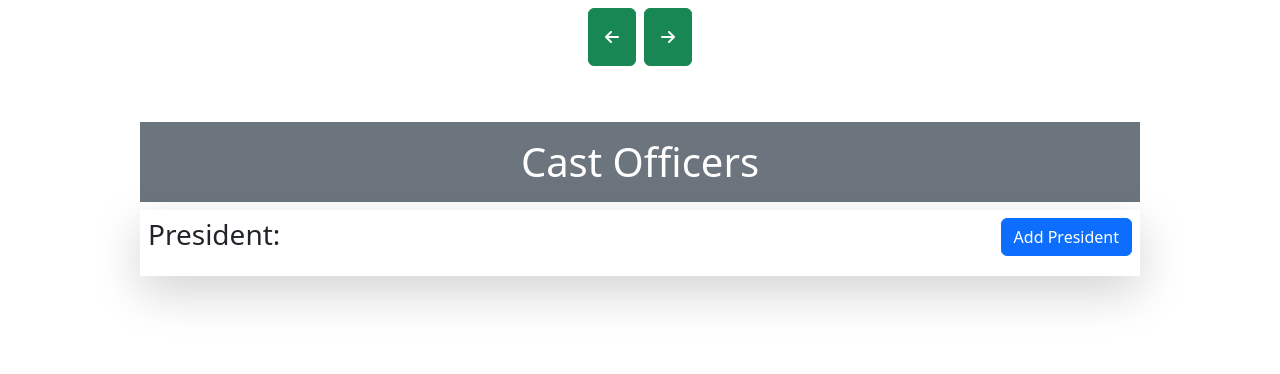
Repository: FRANZSAIJEM/livewire
Page: /second
These files come from the project's save history. The page is drawn as it stood at one moment and after a run of saves; the edit follows.
The browser window is 1280 px wide. The pictures show the whole page.
The page's requests for data from a server got no answer. Some web libraries are served in a nearby version. The project was rebuilt for these pictures with package versions that can differ from the ones it lists, and the page was loaded fresh each time. No one was signed in, and anything a server would have sent is missing. Also part of the build but not shown: vite.config.ts.

Above is the page before, as saved 2023-02-18 08:05:55.

### index.html
<!DOCTYPE html>
<html lang="en">
  <head>
    <meta charset="UTF-8">
    <link rel="icon" href="/favicon.ico">
    <meta name="viewport" content="width=device-width, initial-scale=1.0">
    <link href="https://cdn.jsdelivr.net/npm/bootstrap@5.0.2/dist/css/bootstrap.min.css" rel="stylesheet" integrity="sha384-EVSTQN3/azprG1Anm3QDgpJLIm9Nao0Yz1ztcQTwFspd3yD65VohhpuuCOmLASjC" crossorigin="anonymous">
    <link rel="stylesheet" href="https://cdnjs.cloudflare.com/ajax/libs/font-awesome/6.3.0/css/all.min.css" integrity="sha512-SzlrxWUlpfuzQ+pcUCosxcglQRNAq/DZjVsC0lE40xsADsfeQoEypE+enwcOiGjk/bSuGGKHEyjSoQ1zVisanQ==" crossorigin="anonymous" referrerpolicy="no-referrer" />
    <title>Vite App</title>
  </head>
  <body class="bg-white">
    <div id="app"></div>
    <script type="module" src="/src/main.ts"></script>
  </body>
</html>

### src/main.ts
import { createApp } from "vue";
import { createPinia } from "pinia";

import App from "./App.vue";
import router from "./router";
import "bootstrap/dist/css/bootstrap.min.css"
import bootstrap from "bootstrap/dist/js/bootstrap.bundle.js"

import "./assets/main.css";

const app = createApp(App);

app.use(createPinia());
app.use(router);

app.mount("#app");

### src/App.vue
<script setup>
import { RouterLink, RouterView } from 'vue-router'
</script>

<template>


<RouterView />
</template>

<style scoped>
#navbar {
  background-color: 	#4682B4 !important;
}
</style>

### src/router/index.js
import { createRouter, createWebHistory } from "vue-router";


const router = createRouter({
  history: createWebHistory(import.meta.env.BASE_URL),
  routes: [
    {
      path: '/',
      name: 'home',
      component: () => import('../views/HomeView.vue')
    },

    {
      path: '/second',
      name: 'secondPage',
      component: () => import('../views/SecondPageView.vue')
    },
    {
      path: "/edit/:id",
      name: "edit",
      component: () => import('../views/EditView.vue'),
      props: true
    },

  ],
});

export default router;

### src/views/SecondPageView.vue
<template>
    <div class="body">
      <div class="d-inline-flex m-1">

        <RouterLink to="/" class="btn btn-success m-1 p-3"> <i class="fa fa-arrow-left"></i> </RouterLink>
        <RouterLink to="/second" class="btn btn-success m-1 p-3"> <i class=" fa fa-arrow-right"></i> </RouterLink>

      </div>

      <div class="content mt-5">



        <h1 class="bg-secondary p-3 text-center text-white">Cast Officers</h1>

          <form action="">
            <div class="input-group mb-5 shadow-lg">
            <!-- <input v-model="newNameInput" type="text" name="" id="" class="form-control p-2" placeholder="Name" required>

              <select v-model="newYearInput" name="" id="" class="form-select" required>
                <option value="BSIT - 1">BSIT - 1</option>
                <option value="BSIT - 2">BSIT - 2</option>
                <option value="BSIT - 3">BSIT - 3</option>
                <option value="BSIT - 4">BSIT - 4</option>
              </select>


              <select v-model="newAttendanceInput" name="" id="" class="form-select" typeof="text" required>
                <option value="Present">Present</option>
                <option value="Absent">Absent</option>
                <option value="Late">Late</option>
              </select>

              <button @click="addAttendance()" class="btn btn-success"><i class="fa fa-person"></i> Add</button> -->

            <div class="float-start">
              <label for="" class="form-label p-2">
              <h3>President:</h3>
            </label>
            </div>

            <div class="ms-lg-auto m-2">
              <button class="btn btn-primary">Add President</button>
            </div>

            </div>
          </form>



      <div v-for="attendance in attendances" :key="attendance.attendances" class="text-center">
        <div class="card-body">
          <div class="row">
            <table class="table table-striped table-bordered shadow-sm">
              <thead>
                <tr class="bg-secondary text-white">
                  <th>
                   Name
                  </th>
                  <th>
                   Year
                  </th>
                  <th>
                   Attendance
                  </th>
                  <th>
                   Action
                  </th>
                </tr>
              </thead>
              <tbody>
                <tr>
                  <td>
                    {{ attendance.name }}
                  </td>
                  <td>
                    {{ attendance.year }}
                  </td>
                  <td>
                    {{ attendance.attendance }}
                  </td>
                  <td>

                    <RouterLink :to="{ name: 'edit', params: { id: attendance.id }}" class="text-secondary" id="edit">
                        <button class="btn btn-success"><i class="fa fa-edit"></i> Edit</button>
                      </RouterLink>

                      <button class="btn btn-danger m-2 edit-button" data-bs-toggle="modal" data-bs-target="#exampleModal"> <i class="fa fa-remove"></i> Delete</button>

                  </td>
                </tr>
              </tbody>

            </table>

          </div>

        </div>

        <div class="modal fade" id="exampleModal" tabindex="-1" aria-labelledby="exampleModalLabel" aria-hidden="true">
                <div class="modal-dialog">
                  <div class="modal-content">
                    <div class="modal-header">
                      <h1 class="modal-title fs-5" id="exampleModalLabel">Delete Student</h1>
                      <button type="button" class="btn-close" data-bs-dismiss="modal" aria-label="Close"></button>
                    </div>
                    <div class="modal-body">
                      <h1>Are you sure you want to delete this student?</h1>
                    </div>
                    <div class="modal-footer">
                      <button type="button" class="btn btn-warning" data-bs-dismiss="modal"> <i class="fa fa-cancel"></i> Cancel</button>
                      <button @click="removeAttendance(attendance.id)" class="btn btn-danger m-2" data-bs-dismiss="modal"> <i class="fa fa-remove"></i> Yes</button>
                    </div>
                  </div>
                </div>
              </div>


              <div class="modal fade" id="editModal" tabindex="-1" aria-labelledby="editModalLabel" aria-hidden="true">
                <div class="modal-dialog">
                  <div class="modal-content">
                    <div class="modal-header">
                      <h1 class="modal-title fs-5" id="editModalLabel">Delete Student</h1>
                      <button type="button" class="btn-close" data-bs-dismiss="modal" aria-label="Close"></button>
                    </div>
                    <div class="modal-body">
                      <form>
                          <div class="mb-3">
                          <label for="name" class="col-form-label">Name: </label>
                          <input v-model="newNameInput" type="text" name="" id="" class="form-control p-2" placeholder="Name">
                          </div>


                          <div class="mb-3">
                          <label for="year" class="col-form-label">Year: </label>
                          <select v-model="newYearInput" name="" id="year" class="form-select">
                          <option value="BSIT - 1">BSIT - 1</option>
                          <option value="BSIT - 2">BSIT - 2</option>
                          <option value="BSIT - 3">BSIT - 3</option>
                          <option value="BSIT - 4">BSIT - 4</option>
                          </select>
                          </div>

                          <div class="mb-3">
                          <label for="attendance" class="col-form-label">Attendance: </label>
                          <select v-model="newAttendanceInput" name="" id="attendance" class="form-select" typeof="text">
                          <option value="Present">Present</option>
                          <option value="Absent">Absent</option>
                          <option value="Late">Late</option>
                          </select>
                      </div>

                      </form>
                    </div>
                    <div class="modal-footer">
                      <button type="button" class="btn btn-warning" data-bs-dismiss="modal"> <i class="fa fa-cancel"></i> Cancel</button>
                      <button @click="updateTask()" class="btn btn-danger m-2" data-bs-dismiss="modal"> <i class="fa fa-remove"></i> Yes</button>
                    </div>
                  </div>
                </div>
              </div>
      </div>




      </div>

    </div>

  </template>
  <script setup>
  import {ref, onMounted} from 'vue'
  import {db} from '../firebase/index.js'
  import {addDoc, collection, onSnapshot,deleteDoc, doc, updateDoc} from "firebase/firestore";
  import { RouterLink, RouterView } from 'vue-router'
  import { useRouter } from 'vue-router'



  onMounted(async()=>{
    const q = (collection(db, "attendance2"));

    onSnapshot(q,(querySnapshot)=> {


      const attendancesTmp = []


    querySnapshot.forEach((doc) => {

      const attendance = {
        id: doc.id,
        name: doc.data().name,
        year: doc.data().year,
        attendance: doc.data().attendance,
        completed: doc.data().completed
      }

      attendancesTmp.push(attendance)
    });
    attendances.value = attendancesTmp
    })
  })





  const newNameInput = ref('')
  const newYearInput = ref('BSIT - 1')
  const newAttendanceInput = ref('Present')

  const attendances = ref([])
  const id = ref(1)








  const addAttendance = async () => {
    if (newNameInput.value != '' && newYearInput.value != '' && newAttendanceInput.value != ''){

      await addDoc(collection(db,"attendance2"),{
        name:newNameInput.value,
        year: newYearInput.value,
        attendance: newAttendanceInput.value,
        completed: false
      })
      newNameInput.value = ''
      newYearInput.value = 'BSIT - 1'
      newAttendanceInput.value = 'Present'
    }
  }



  const removeAttendance = (id) => {
    deleteDoc(doc(db,"attendance2",id));
  }




  </script>

  <style>
  .content{
    width: 1000px;
  }
  .body{
    display: grid;
    place-items: center;
  }
  .line-through{
    text-decoration: line-through;
  }
  </style>

### src/Firebase/index.js
// Import the functions you need from the SDKs you need
import { initializeApp } from "firebase/app";
import { getFirestore } from "firebase/firestore";
// TODO: Add SDKs for Firebase products that you want to use
// https://firebase.google.com/docs/web/setup#available-libraries

// Your web app's Firebase configuration
// For Firebase JS SDK v7.20.0 and later, measurementId is optional
const firebaseConfig = {
  apiKey: "AIzaSyAMX2o86vjz4t0_o5yzBAC3be4yvcYFosY",
  authDomain: "mejiasfirebase.firebaseapp.com",
  projectId: "mejiasfirebase",
  storageBucket: "mejiasfirebase.appspot.com",
  messagingSenderId: "186163636848",
  appId: "1:186163636848:web:b2eff6247b796bf2f162b5",
  measurementId: "G-HE38LXTCYT"
};

// Initialize Firebase
const app = initializeApp(firebaseConfig);
const db = getFirestore(app);

export {db}

Loaded but not shown: src/assets/main.css (no stored copy; drawn as an empty file)

After the next 7 saves:
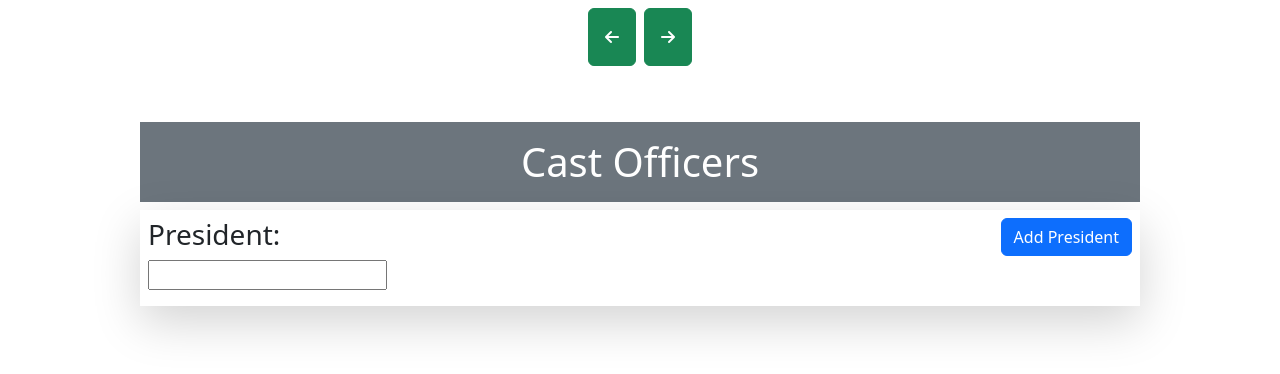
The 7 saves are shown as one change because they came seconds apart.
The last was saved 86 s later.
--- a/src/views/SecondPageView.vue
+++ b/src/views/SecondPageView.vue
@@ -36,6 +36,7 @@
             <div class="float-start">
               <label for="" class="form-label p-2">
               <h3>President:</h3>
+              <input type="text" name="" id="">
             </label>
             </div>
 
